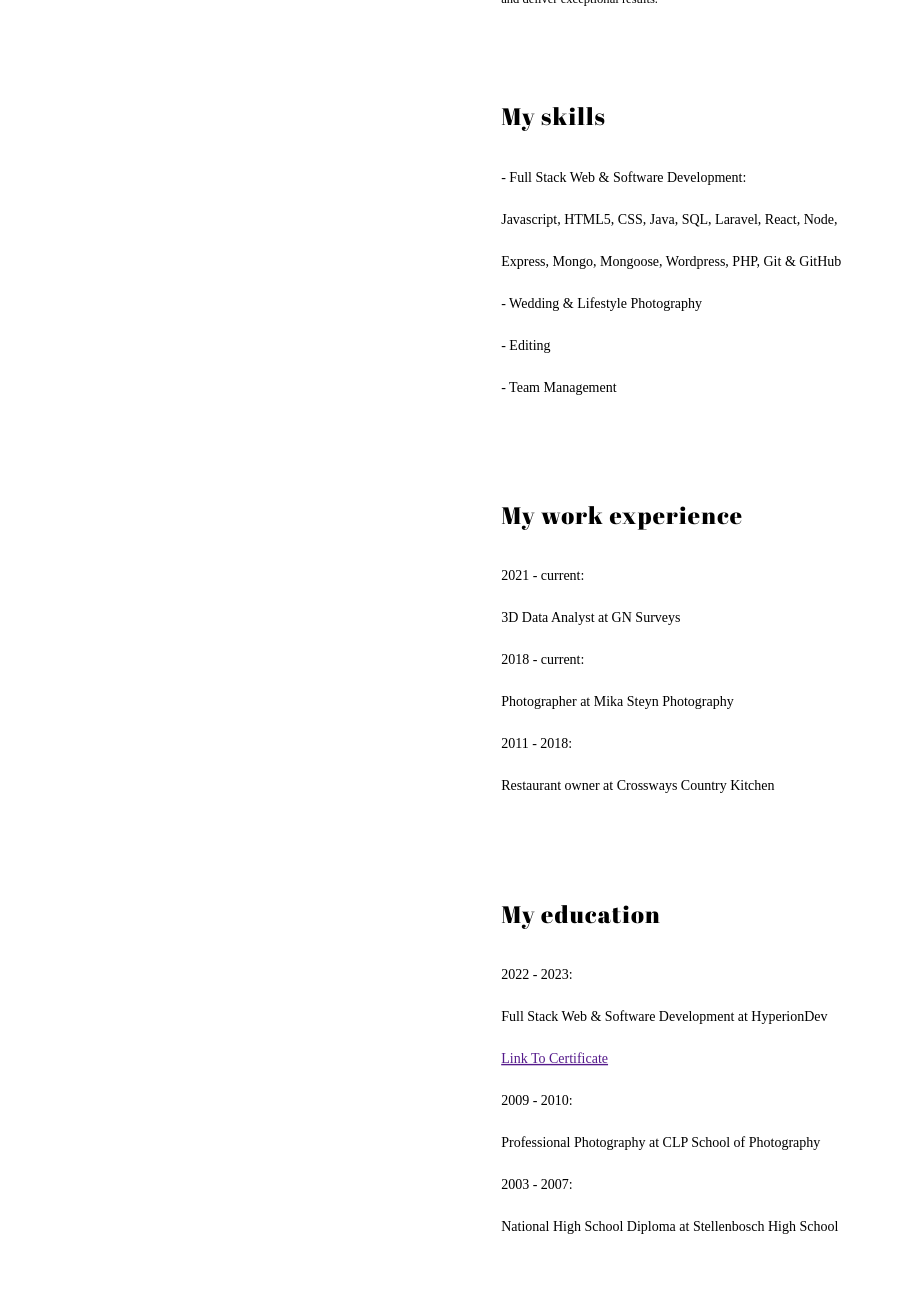
Repository: mikasteyn999/My-CV-Website
Page: index.html
The author's editor kept a copy of each file at every save. The page is drawn from the files as they stood at one save, then again after the next save.
The browser window is 1280 px wide. The page is 1312 px wide, so the pictures cover 1312 px, including what lies to the right of the window. The pictures show the part of the page from y = 1317 to 3197 px (the page is 4205 px tall before and 4085 px after), at 70% of full size.
Some web fonts or font styles are not loaded; a fallback is used.

Above is the page before, as saved 2023-06-04 12:30:01.

### index.html
<!doctype html>
<html lang="en">
    <head>
        <!-- PAGE TITLE -->
        <title>Mika Steyn CV</title>
        <!-- FONTS -->
        <link href="https://fonts.googleapis.com/css?family=Abril+Fatface%7CArapey&amp;subset=latin-ext" rel="stylesheet">
        <!-- STYLESHEETS -->
        <link rel="stylesheet" type="text/css" href="assets/css/main.css">
        <link rel="stylesheet" href="https://cdnjs.cloudflare.com/ajax/libs/font-awesome/5.15.3/css/all.min.css">
    </head>
    <body>
        <!-- IMAGE CONTAINER -->
        <div class="image-container">
            <div class="background-img"></div>
        </div>
        <!-- CONTENT AREA -->
        <div class="content-area">
            <!-- CONTENT AREA INNER -->
            <div class="content-area-inner">
                <!-- INTRO -->
                <section id="intro">
                    <!-- CONTAINER MID -->
                    <div class="container-mid">
                            <h1>I’m Mika Steyn</h1>
                            <p class="subline">DEVELOPER  |  PHOTOGRAPHER  |  DATA ANALYST</p>
                    </div>
                </section>
                <!-- ABOUT -->
                <section id="about">
                    <h3>Why I can help you</h3>
                    <br>
                    <p>I am a multi-talented professional with a unique combination of skills in software development, photography, and data analysis. With a diploma in Full Stack Web & Software Development, I have a strong technical background and am proficient in several programming languages.
                        <br>
                        <br>
                        In addition to my expertise in software development, I have a passion for photography and have been honing my skills for several years. My focus is mostly on weddings & portraiture, playing with natural light in compelling ways.
                        <br>
                        <br>
                        Finally, I have a strong analytical mind and a deep understanding of data analysis. I have experience working with large datasets in the land surveying sector.
                        <br>
                        br
                        With a diverse skill set and a passion for learning new things, I am a dynamic professional who is able to take on a wide range of challenges and deliver exceptional results.</p></p>
                </section>
                <!-- SKILLS -->
                <section id="skills">
                    <h3>My skills</h3>
                    <!-- SKILLS LIST -->
                    <ol class="skills-list">
                        <li>- Full Stack Web & Software Development:
                            <br>Javascript, HTML5, CSS, Java, SQL, Laravel, React, Node, Express, Mongo, Mongoose, Wordpress, PHP, Git & GitHub
                        </li>
                        <li>- Wedding & Lifestyle Photography</li>
                        <li>- Editing</li>
                        <li>- Team Management</li>
                    </ol>
                </section>
                <!-- WORK EXPERIENCE -->
                <section id="work">
                    <h3>My work experience</h3>
                <!-- WORK LIST -->
                    <ul class="work-list">
                        <li>2021 - current:
                            <br>
                            3D Data Analyst at GN Surveys</li>
                        <li>2018 - current:
                            <br>
                            Photographer at Mika Steyn Photography</li>
                        <li>2011 - 2018:
                            <br>
                            Restaurant owner at Crossways Country Kitchen</li>
                    </ul>
                </section>
                <!-- EDUCATION -->
                <section id="education">
                    <h3>My education</h3>
                <!-- EDUCATION LIST -->
                    <ul class="education-list">
                        <li>2022 - 2023:
                            <br>
                            Full Stack Web & Software Development at HyperionDev
                            <br>
                            <a href="">Link To Certificate</a>
                        </li>
                        <li>2009 - 2010:
                            <br>
                            Professional Photography at CLP School of Photography</li>
                        <li>2003 - 2007:
                            <br>
                            National High School Diploma at Stellenbosch High School</li>
                    </ul>
                </section>
                <!-- PROJECTS -->
                <section id="projects">
                    <h3>My Projects</h3>
                    <!-- SKILLS LIST -->
                    <ul class="projects-list">
                        <li><a href="">Photography Website</a></li>
                        <li><a href="">Hangman Game</a></li>
                        <li><a href="">Java Food Delivery App</a></li>
                        <li><a href="">GitHub Explorer App</a></li>
                        <li><a href="">Car Listing App</a></li>
                    </ul>
                </section>
                <!-- CONTACT -->
                <section id="contact">
                    <h3>Contact Me</h3>
                    <!-- CONTACT LIST -->
                    <ul class="contact-list">
                        <li>Phone: 083 323 0279</li>
                        <li>Email: mjsteyn9@gmail.com</li>
                    </ul>
                </section>
                <!-- FOOTER -->
                <section id="footer" class="social-icons">
                    <!-- SOCIAL ICONS -->
                    <a href="https://www.facebook.com/mikasteynphotography"><i class="fab fa-facebook-f" aria-hidden="true"></i></a>
                    <a href="https://www.instagram.com/mikasteynphotography"><i class="fab fa-instagram" aria-hidden="true"></i></a>
                    <a href="https://www.linkedin.com/in/mika-steyn-169564208/"><i class="fab fa-linkedin-in" aria-hidden="true"></i></a>
                    <a href="https://github.com/mikasteyn999"><i class="fab fa-github" aria-hidden="true"></i></a>
                </section>
            </div>
        </div>
    </body>
</html>

### assets/css/main.css
html {
    font-size: 10px;
}

body {
    font-family: 'Arapey', serif;
    font-weight: 300;
    font-style: normal;
    color: #000;
    background: #fff;
    -webkit-font-smoothing: antialiased;
}

h1, h2, h3, h4, h5, h6 {
    font-family: 'Abril Fatface', cursive;
    font-weight: normal;
    letter-spacing: .05em;
    color: #000;;
}

h1 {
    font-size: 4.4rem;
}

h2 {
    font-size: 3.9rem;
}

h3 {
    font-size: 3.4rem;
}

h4 {
    font-size: 2.9rem;
}

h5 {
    font-size: 2.4rem;
}

h6 {
    font-size: 1.9rem;
}

p {
    font-size: 1.8rem;
}

@media (max-width:600px) {
    html {
        font-size: 8px;
    }
}

@media (max-width:500px) {
    html {
        font-size: 7px;
    }
}

.image-container {
    position: fixed;
    z-index: 10;
    top: 0;
    left: 0;

    width: 50%;
    height: 100%;
}

.image-container .background-img {
    position: absolute;
    z-index: 1;
    top: 0;
    left: 0;

    width: 100%;
    height: 100%;

    background: url(../img/profilePhoto.jpg);
    background-repeat: no-repeat;
    background-size: cover;
}

@media (max-width:1200px) {
    .image-container {
        position: relative;
        z-index: 10;
        top: 0;
        left: 0;

        width: 100%;
        height: 100vh;
    }
}

.content-area {
    position: relative;
    left: 0;

    width: 100%;
}

.content-area .content-area-inner {
    position: relative;
    left: 50%;

    width: 50%;
    padding: 0 20px;
    overflow-x: hidden;
}

.content-area .content-area-inner section {
    max-width: 520px;
    margin: 0 auto 18vh auto;
}

@media (max-width:1200px) {
    .content-area .content-area-inner {
        left: 0;

        width: 100%;
        padding: 0 20px;
    }
}

#intro {
    position: relative;
    height: 100vh;
    margin-bottom: 0;
}

#intro .container-mid {
    position: absolute;
    top: 50%;
    width: 100%;
    -webkit-transform: translateY(-50%);
        -ms-transform: translateY(-50%);
            transform: translateY(-50%);
}

#intro .container-mid p.subline {
    font-size: 2.2rem;
    line-height: 1.6em;
    margin-top: 2em;
    margin-bottom: 2.2em;
}

@media (max-width:1200px) {
    #intro {
        height: auto;
    }

    #intro .container-mid {
        position: relative;
        top: 0;
        margin: 15vh 0;
        -webkit-transform: translate(0);
            -ms-transform: translate(0);
                transform: translate(0);
    }
}

#about p {
    line-height: 1.5em;
    margin-bottom: 2em;
}

#about p:last-child {
    margin-bottom: 0;
}

#skills .skills-list {
    margin-bottom: 0;
    padding: 0;

    list-style: none;
}

#skills .skills-list li {
    font-size: 2rem;
    line-height: 3em;
}

#projects .projects-list {
    margin-bottom: 0;
    padding: 0;

    list-style: none;
}

#projects .projects-list li {
    font-size: 2rem;
    line-height: 3em;
}

#work .work-list {
    margin-bottom: 0;
    padding: 0;

    list-style: none;
}

#work .work-list li {
    font-size: 2rem;
    line-height: 3em;
}

#education .education-list {
    margin-bottom: 0;
    padding: 0;
    list-style: none;
}

#education .education-list li {
    font-size: 2rem;
    line-height: 3em;
}

#contact .contact-list {
    margin-bottom: 3.4em;
    padding: 0;
    list-style: none;
}

#contact .contact-list li {
    font-size: 2rem;
    line-height: 2.4em;
}


#footer .fa-facebook-f, .fa-instagram, .fa-linkedin-in, .fa-github {
    padding-right: 20px;
    font-size: x-large;
    color: #000;
}

After the next save:
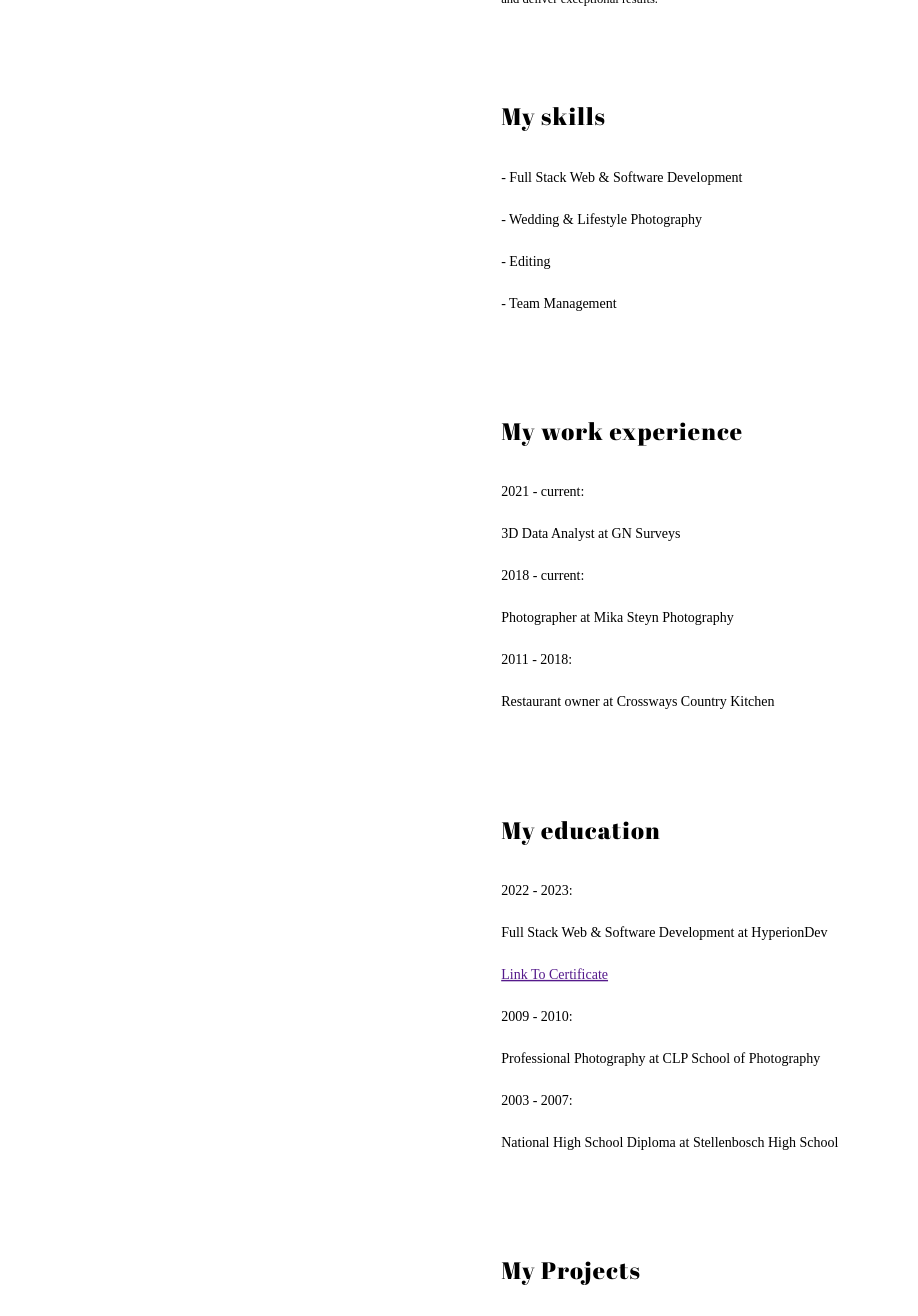
Saved 107 s later.
--- a/index.html
+++ b/index.html
@@ -46,9 +46,7 @@
                     <h3>My skills</h3>
                     <!-- SKILLS LIST -->
                     <ol class="skills-list">
-                        <li>- Full Stack Web & Software Development:
-                            <br>Javascript, HTML5, CSS, Java, SQL, Laravel, React, Node, Express, Mongo, Mongoose, Wordpress, PHP, Git & GitHub
-                        </li>
+                        <li>- Full Stack Web & Software Development</li>
                         <li>- Wedding & Lifestyle Photography</li>
                         <li>- Editing</li>
                         <li>- Team Management</li>
